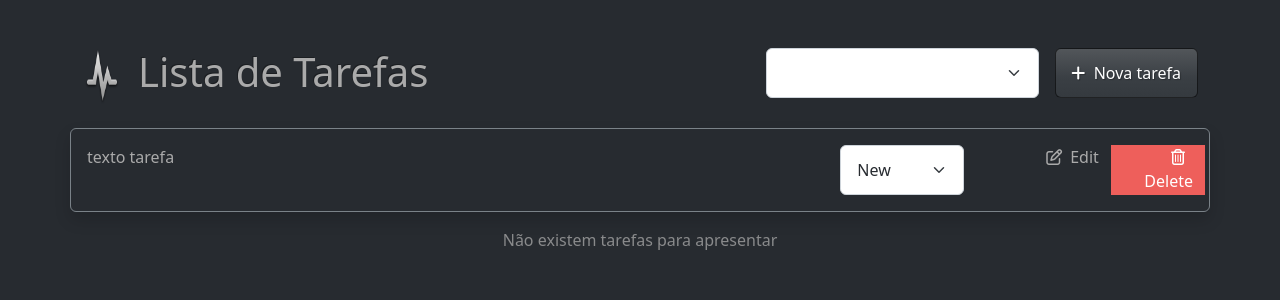
Repository: cargugati/lista_tarefas
Page: frontEnd/index.html
An editor plug-in stored every save of this project. The page is shown before and after the next save, followed by the edit.
The browser window is 1280 px wide. The pictures show the whole page.

Above is the page before, as saved 2023-03-18 21:19:35.

After the next save:
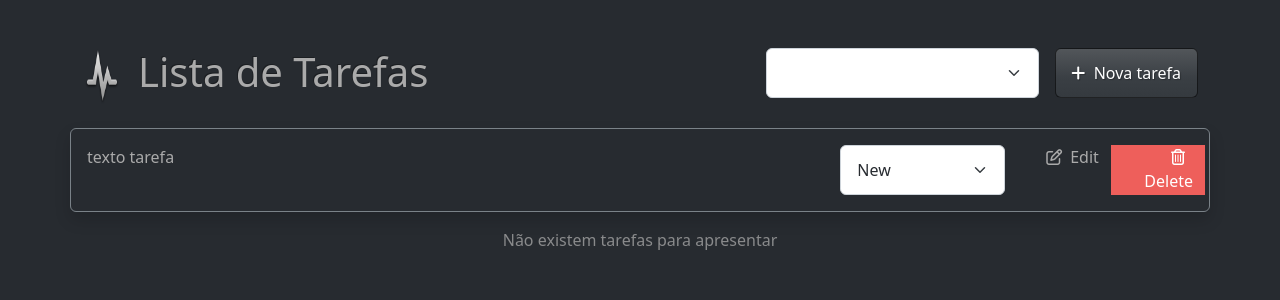
Saved 8 s later.
--- a/frontEnd/index.html
+++ b/frontEnd/index.html
@@ -40,7 +40,7 @@
         <div class="row">
           <div class="col-8">texto tarefa</div>
           <div class="col-2">
-            <select id="task_status" class="form-select w-75">
+            <select id="task_status" class="form-select w-100">
               <option value="new">New</option>
               <option value="in progress">In progress</option>
               <option value="canceled">Canceled</option>
